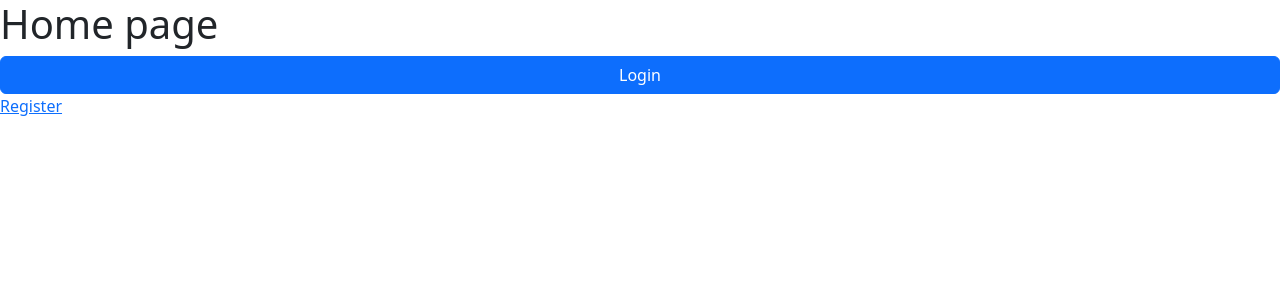
Repository: SHINEweb546/Placement-Portal-App
Page: http://localhost/
The author's editor kept a copy of each file at every save. The page is drawn from the files as they stood at one save, then again after the next save.
The browser window is 1280 px wide. The pictures show the whole page.
The page is served by the project's application, run on Flask 3 (app.py). Other server files are loaded and not shown.

Above is the page before, as saved 2026-02-28 13:58:38.

### templates/home.html
<!DOCTYPE html>
<html lang="en">
<head>
    <meta charset="UTF-8">
    <meta name="viewport" content="width=device-width, initial-scale=1.0">
    <title>Placement Portal</title>
    <link href="https://cdn.jsdelivr.net/npm/bootstrap@5.3.8/dist/css/bootstrap.min.css" rel="stylesheet" integrity="sha384-sRIl4kxILFvY47J16cr9ZwB07vP4J8+LH7qKQnuqkuIAvNWLzeN8tE5YBujZqJLB" crossorigin="anonymous">

</head>

<body>
    <h1>Home page </h1>
    <a href="/login" class="btn btn-primary w-100" type="button">Login</a>
    <a href="/register" class="tn btn-success w-100" type="button">Register</a>

</body>
</html>

### Backend/routes.py
from flask import Flask,render_template,redirect,url_for,request
from .model import *
from app import app

@app.route("/")
def home():
    return render_template("home.html")
@app.route("/login" , methods=["GET","POST"])
def login():
    if request.method == "POST":
        email=request.form.get("email")
        password=request.form.get("password")
        user=User.query.filter_by(email = email,password = password).first()
        if user and user.role=="admin":
            return redirect(url_for("admin"))
        elif user and user.role=="user" :
            return redirect(url_for("user"))
        else:
            return render_template("login.html",msg="Invalid credentials !")
    return render_template("login.html")
@app.route("/register", methods=["GET","POST"])
def register():
    if request.method == "POST":

        email=request.form.get("email")
        password=request.form.get("password")


        user=User.query.filter_by(email = email,password = password).first()
        if user:
            return render_template("register.html",msg="User is already registered !")
        new_user=User(email = email,password = password)
        db.session.add(new_user)
        db.session.commit()
        return render_template("login.html",msg="You are now registered, Go to login and continue !")
    return render_template("register.html")

@app.route("/admin")
def admin():
    return "Hii Admin !"

@app.route("/user")
def user():
    return "Hii User !"

### app.py
from flask import Flask
from Backend.model import db
def setup():
    app= Flask(__name__)
    app.config["SQLALCHEMY_DATABASE_URI"] = "sqlite:///database.db"
    app.config["SQLALCHEMY_TRACK_MODIFICATIONS"] = False

    db.init_app(app)

    print("App has been started")
    return app

app = setup()
from Backend.routes import *



if __name__=="__main__":
    with app.app_context():
        db.create_all()
        admin=User.query.filter_by(email="admin@gmail.com").first()
        if not admin:
            admin=User(
                name="Admin",
                email="admin@gmail.com",
                password="admin123",
                role="admin",
                is_approved=True

            )
            db.session.add(admin)
            db.session.commit()
            print("Admin created !!")
        else:
            print("Admin is already there")
        app.run(debug=True)

After the next save:
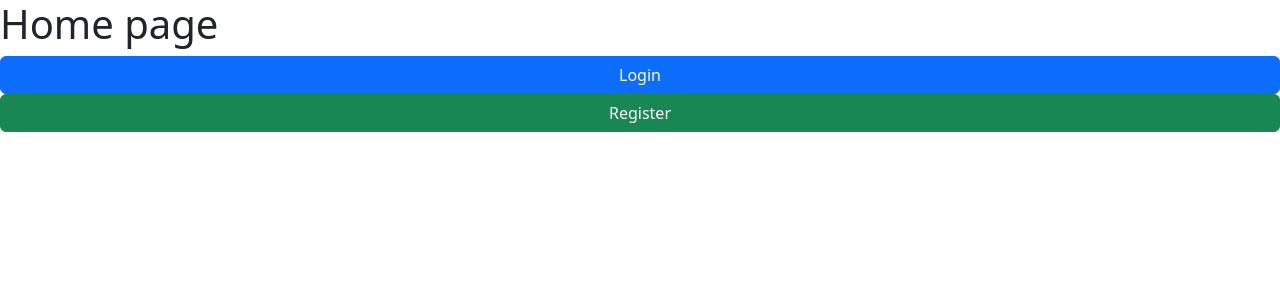
Saved 24 s later.
--- a/templates/home.html
+++ b/templates/home.html
@@ -11,7 +11,7 @@
 <body>
     <h1>Home page </h1>
     <a href="/login" class="btn btn-primary w-100" type="button">Login</a>
-    <a href="/register" class="tn btn-success w-100" type="button">Register</a>
+    <a href="/register" class="btn btn-success w-100" type="button">Register</a>
 
 </body>
 </html>
